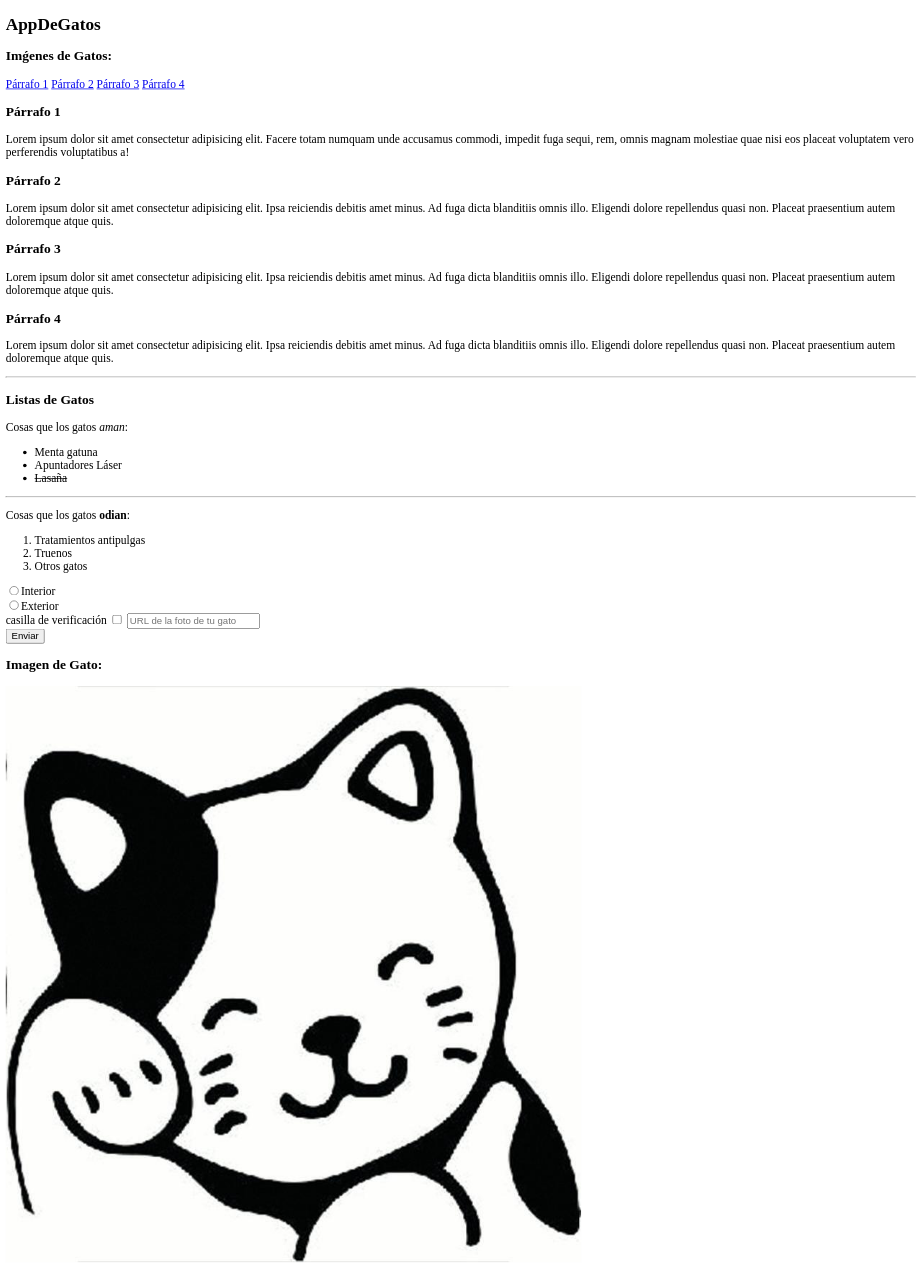
Repository: pedro-donoso/curso-html---css
Page: index.html
The author's editor kept a copy of each file at every save. The page is drawn from the files as they stood at one save, then again after the next save.
The browser window is 1280 px wide. The pictures show the whole page, at 72% of full size.

Above is the page before, as saved 2023-11-07 11:58:46.

### index.html
<!DOCTYPE html>
<html lang="es">

<head>
  <meta charset="UTF-8">
  <meta name="viewport" content="width=device-width, initial-scale=1.0">
  <title>Curso HTML & CSS</title>
</head>

<body>
  <h2>AppDeGatos</h2>
  <main>
    <h3>Imǵenes de Gatos:</h3>

   <a href="#parrafo-1">Párrafo 1</a>
   <a href="#parrafo-2">Párrafo 2</a>
   <a href="#parrafo-3">Párrafo 3</a>
   <a href="#parrafo-4">Párrafo 4</a>

   <h3 id="parrafo-1">Párrafo 1</h3>

   <p>Lorem ipsum dolor sit amet consectetur adipisicing elit. Facere totam numquam unde accusamus commodi, impedit fuga sequi, rem, omnis magnam molestiae quae nisi eos placeat voluptatem vero perferendis voluptatibus a!</p>

   <h3 id="parrafo-2">Párrafo 2</h3>

   <p>Lorem ipsum dolor sit amet consectetur adipisicing elit. Ipsa reiciendis debitis amet minus. Ad fuga dicta blanditiis omnis illo. Eligendi dolore repellendus quasi non. Placeat praesentium autem doloremque atque quis.</p>

   <h3 id="parrafo-3">Párrafo 3</h3>

   <p>Lorem ipsum dolor sit amet consectetur adipisicing elit. Ipsa reiciendis debitis amet minus. Ad fuga dicta blanditiis omnis illo. Eligendi dolore repellendus quasi non. Placeat praesentium autem doloremque atque quis.</p>

   <h3 id="parrafo-4">Párrafo 4</h3>

   <p>Lorem ipsum dolor sit amet consectetur adipisicing elit. Ipsa reiciendis debitis amet minus. Ad fuga dicta blanditiis omnis illo. Eligendi dolore repellendus quasi non. Placeat praesentium autem doloremque atque quis.</p>

   <hr>

  <h3>Listas de Gatos</h3>

  <p>Cosas que los gatos <em>aman</em>:</p>
  <ul>
    <li>Menta gatuna</li>
    <li>Apuntadores Láser</li>
    <li><s>Lasaña</s></li>
  </ul>

  <hr>

  <p>Cosas que los gatos <strong>odian</strong>:</p>
  <ol>
    <li>Tratamientos antipulgas</li>
    <li>Truenos</li>
    <li>Otros gatos</li>
  </ol>

  <form action="/enviar-respuesta">

    <!-- botones de radio -->
    <label for="interior"><input type="radio" id="interior" name="interior-exterior">Interior </label>

    <br>

    <label for="exterior"><input type="radio" id="exterior" name="interior-exterior">Exterior </label>

    <br>

    casilla de verificación
    <input type="checkbox" name="" id="">

    <!-- texto y boton enviar -->
    <input type="text" placeholder="URL de la foto de tu gato" required>

    <br>

    <button type="submit">Enviar</button>
  </form>

    <h3>Imagen de Gato:</h3>
  <a href="https://www.freecodecamp.org/espanol/" target="_blank" rel="noopener noreferrer"><img src="./assets/img/gato.jpg" alt="gato"></a>

  </main>
</body>

</html>

After the next save:
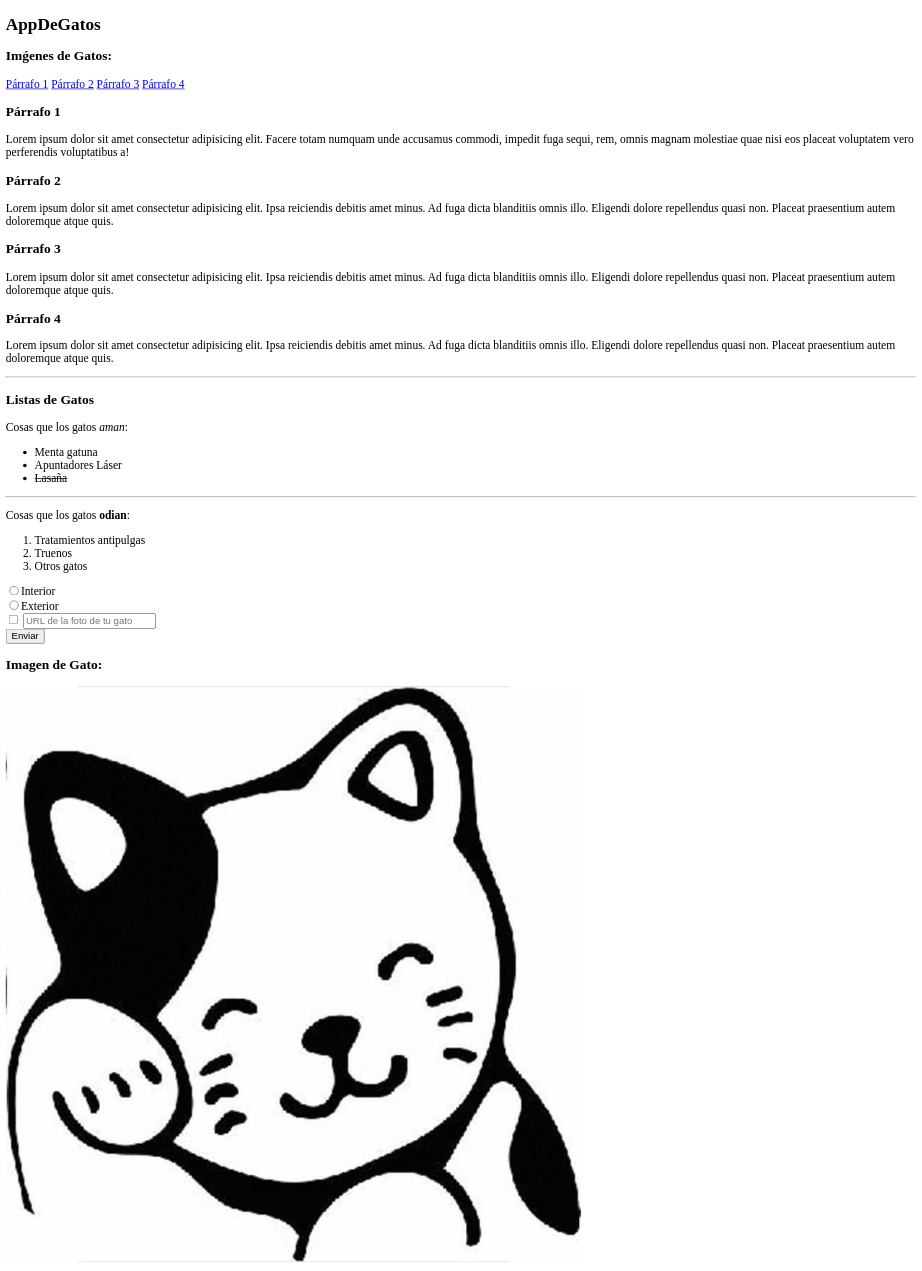
Saved 8 s later.
--- a/index.html
+++ b/index.html
@@ -64,7 +64,7 @@
 
     <br>
 
-    casilla de verificación
+    <!-- casilla de verificación -->
     <input type="checkbox" name="" id="">
 
     <!-- texto y boton enviar -->
